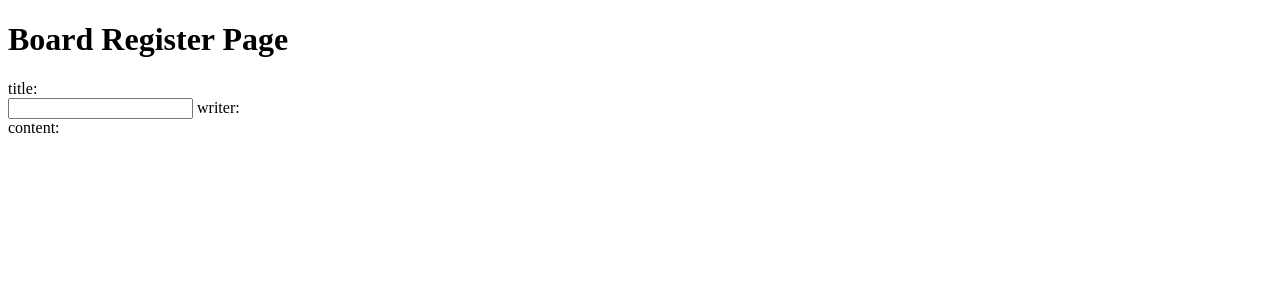
Repository: dtkd19/jsp-jstl_241022
Page: http://localhost/jsp_study/brd/register
These files come from the project's save history. The page is drawn as it stood at one moment and after the next save; the edit follows.
The browser window is 1280 px wide. The pictures show the whole page.
The page is served by Tomcat 9. Other server files are loaded and not shown.

Above is the page before, as saved 2024-10-22 06:04:40.

### jsp_study/src/main/webapp/board/register.jsp
<%@ page language="java" contentType="text/html; charset=UTF-8"
    pageEncoding="UTF-8"%>
<!DOCTYPE html>
<html>
<head>
<meta charset="UTF-8">
<title>Insert title here</title>
</head>
<body>
	<h1>Board Register Page</h1>
	title: <br>
	<input type="text" name="title">
	writer: <br>
	content:
</body>
</html>

### jsp_study/src/main/java/controller/BoardController.java
package controller;

import java.io.File;
import java.io.IOException;
import java.util.List;

import javax.servlet.RequestDispatcher;
import javax.servlet.ServletException;
import javax.servlet.annotation.WebServlet;
import javax.servlet.http.HttpServlet;
import javax.servlet.http.HttpServletRequest;
import javax.servlet.http.HttpServletResponse;

import org.apache.commons.fileupload.FileItem;
import org.apache.commons.fileupload.disk.DiskFileItemFactory;
import org.apache.commons.fileupload.servlet.ServletFileUpload;
import org.slf4j.Logger;
import org.slf4j.LoggerFactory;

import domain.BoardVO;
import handler.FileRemoveHandler;
import net.coobird.thumbnailator.Thumbnails;
import service.BoardService;
import service.BoardServiceImpl;

@WebServlet("/brd/*")
public class BoardController extends HttpServlet {
	private static final long serialVersionUID = 1L;
	// 로그 객체 생성
	private static final Logger log = LoggerFactory.getLogger(BoardController.class);
	// jsp에서 받은 요청을 처리, 그 결과를 다른 jsp로 보내는 역할을 하는 객체
	private RequestDispatcher rdp;
	private String destPage; // 응답할 jsp의 주소를 저장하는 변수
	private int isOk; // db 구문 체크값 저장 변수
	private BoardService bsv; // interface로 생성
	private String savePath; // 파일저장 경로

	public BoardController() {
		// 생성자
		bsv = new BoardServiceImpl(); // bsv 구현체 객체 연결
	}

	protected void service(HttpServletRequest request, HttpServletResponse response)
			throws ServletException, IOException {
		// 실제 get post 요청처리
		log.info("log 객체 test");

		// request, response 객체의 인코딩 설정
		request.setCharacterEncoding("UTF-8"); // 요청객체
		response.setCharacterEncoding("UTF-8"); // 응답객체
		// response는 jsp로 갈 응답 객체 => 화면을 생성해서 응답 => jsp 형식으로 ...
		// contentType="text/html; charset=UTF-8"
		response.setContentType("text/html; charset=UTF-8"); // html5 형식으로 보내라

		// 경로 가져오기 /brd/register
		String uri = request.getRequestURI();
		log.info(uri); // /brd/register

		String path = uri.substring(uri.lastIndexOf("/") + 1);
		log.info(path);

		switch (path) {
		case "register":
			// 정보가 필요하다면... 정보를 DB에서 요청 request를 객체에 싣고 보내기
			destPage = "/board/register.jsp";
			break;
		case "insert":
			try {
				log.info("insert case in~!!");
				// jsp 화면에서 보내온 파라미터 값을 저장 => Service 전송
//				String title = request.getParameter("title");
//				String writer = request.getParameter("writer");
//				String content = request.getParameter("content");
//				BoardVO bvo = new BoardVO(title, writer, content);
//				log.info(">>>> bvo inesert 객체 >>>> {}", bvo);

				// 첨부파일 있는 경우 처리
				// bvo를 구성하여 DB로 전송
				// file을 저장하는 작업 => 파일 이름만 DB imageFile에 저장
				// 첨부파일 형식으로 들어오게되면 모든 파라미터는 바이트단위로 분해돼서 전송
				// 바이트 단위로 전송된 파라미터의 값을 String으로 조합을 해야함.

				// 1. 파일을 업로드할 물리적인 경로 설정

				savePath = getServletContext().getRealPath("/_fileUpload");
				log.info(">>>> savePath > {}" , savePath);

				File fileDir = new File(savePath);
				DiskFileItemFactory fileItemFactory = new DiskFileItemFactory();
				// 파일 저장을 위한 임시 메모리설정
				fileItemFactory.setSizeThreshold(1024*1024*3);
				// 저장위치를 담은 File 객체
				fileItemFactory.setRepository(fileDir);

				BoardVO bvo = new BoardVO(); // 빈 객체 생성 후 set

				// multipart/form-data 형식으로 넘어온 request 객체를 다루기 쉽게 변환해주는 객체
				ServletFileUpload fileUpload = new ServletFileUpload(fileItemFactory);
				// request 객체를 FileItem 형식의 리스트로 리턴
				List<FileItem> itemList = fileUpload.parseRequest(request);
				// title, writer, content => text / imageFile => image
				for(FileItem item : itemList) {
					log.info(" >>>> FileItem >> {} " , item.toString());
					switch (item.getFieldName()) {
					case "title":
						bvo.setTitle(item.getString("utf-8"));
						break;
					case "writer":
						bvo.setWriter(item.getString("utf-8"));
						break;
					case "content":
						bvo.setContent(item.getString("utf-8"));
						break;
					case "imageFile":
						// 이미지 파일 여부를 체크
						if(item.getSize() > 0 ) {
							//파일 이름 추출
							// 경로+ ~~~/dog.jpg
							String fileName = item.getName();
							// 경로 빼고 이름만 가져오기.
							// String fileName2 = item.getName().substring(item.getName().lastIndexOf(File.separator)+1);
							// File.separator : 파일 경로 기호 => 운영체제마다 다를 수 있어서 자동 변환
							// 시스템의 시간을 이용하여 파일을 구분 / 시간 dog.jpg
							// UUID를 사용하는 구분도 있음. (=> 많이사용)
							fileName = System.currentTimeMillis()+"_"+fileName;

							// 경로 만들어놓은 파일 fileDir + / (File.separator) + fileName
							File uploadFilePath = new File(fileDir+File.separator+fileName);
							log.info(">>> uploadFilePath > {}" , uploadFilePath.toString());

							// 저장
							try {
								item.write(uploadFilePath); // 객체를 디스크에 쓰기
								bvo.setImageFile(fileName); // bvo에 저장할 값 (DB에 들어가는 값 )

								// 썸네일 작업 : 리스트 페이지에서 트래픽 과다 사용 방지
								// fileDir + / + _th_ + fileName
								Thumbnails.of(uploadFilePath).size(75, 75).toFile(new File(fileDir+File.separator+"_th_"+fileName));


							} catch (Exception e) {
								log.info(">>> file writer on disk error");
								e.printStackTrace();
							}

						}
						break;

					}
				}

				isOk = bsv.register(bvo);
				log.info(">>>> bvo insert >>>>" + (isOk > 0 ? "성공" : "실패"));

				// 처리 후 목적지
				destPage = "/index.jsp";

			} catch (Exception e) {
				log.info("insert error");
				e.printStackTrace();
			}
			break;
		case "list":
			try {
				// 전체 리스트를 가지고 list.jsp로 전달
				List<BoardVO> list = bsv.getList();
				log.info(">>>> list >>>> {}", list);
				// request 객체에 파라미터로 값을 보내는 방법
				request.setAttribute("list", list);
				destPage = "/board/list.jsp";

			} catch (Exception e) {
				log.info("list error!!");
				e.printStackTrace();
			}
			break;
		case "detail":
		case "modify":
			try {
				int bno = Integer.parseInt(request.getParameter("bno"));
				BoardVO bvo = bsv.getDetail(bno);
				log.info(">>>> detail bvo >> {}", bvo);

				if (path.equals("detail")) {
					int readCountOk = bsv.readCountPlus(bno);
					log.info(">>>> readCount +1  >>> " + (readCountOk > 0 ? "성공" : "실패"));
					bvo = bsv.getDetail(bno);
					log.info(">>> readCount >> {}", bvo.getReadCount());
				}

				request.setAttribute("bvo", bvo);

				destPage = "/board/"+path+".jsp";

			} catch (Exception e) {
				log.info("detail error");
				e.printStackTrace();
			}
			break;

		case "update":
			try {
//				int bno = Integer.parseInt(request.getParameter("bno"));
//				String title = request.getParameter("title");
//				String content = request.getParameter("content");
//				BoardVO bvo = new BoardVO(bno, title, content);

				// 첨부파일 처리 포함 방식
				savePath = getServletContext().getRealPath("_fileUpload");
				File fileDir = new File(savePath);

				DiskFileItemFactory fileItemFactory = new DiskFileItemFactory();
				fileItemFactory.setSizeThreshold(1024*1024*3); // 3MB 정도 설정
				fileItemFactory.setRepository(fileDir);

				BoardVO bvo = new BoardVO();

				ServletFileUpload fileUpload = new ServletFileUpload(fileItemFactory);
				List<FileItem> itemList = fileUpload.parseRequest(request);

				// 원래 이미지가 있었는데 변경하는 케이스
				// 없던 이미지를 추가하는케이스

				String old_file = null;

				for(FileItem item : itemList) {
					switch (item.getFieldName()) {
					case "bno":
						bvo.setBno(Integer.parseInt(item.getString("utf-8")));
						break;
					case "title":
						bvo.setTitle(item.getString("utf-8"));
						break;
					case "content":
						bvo.setContent(item.getString("utf-8"));
						break;
					case "imageFile":
						// 기존 파일 => 있을 수도 있고, 없을 수도 있고
						old_file = item.getString("utf-8"); // 파일명만..
						break;
					case "newFile":
						// 새로 추가된 파일 => 있을 수도 있고, 없을 수도 있고
						if(item.getSize() > 0) {
							if(old_file != null) {
								// 기존파일이 존재한다면 ...
								// 파일 삭제작업 : 별도 핸들러로 작업
								FileRemoveHandler fileHandler = new FileRemoveHandler();
								isOk = fileHandler.deleteFile(savePath, old_file);
							}
							// 새로운 파일 등록 작업
							String fileName = System.currentTimeMillis()+"_"+item.getName();

							File uploadFilePath = new File(fileDir+File.separator+fileName);

							try {
								item.write(uploadFilePath);
								bvo.setImageFile(fileName);

								Thumbnails.of(uploadFilePath).size(75, 75).toFile(new File(fileDir+File.separator+"_th_"+fileName));

							} catch (Exception e) {
								log.info("File writer update error!");
								e.printStackTrace();
							}

						} else {
							// 기존파일 있지만, 새로운 이미지 파일이 없다면...
							// 기존 객체를 담기
							bvo.setImageFile(old_file);
						}
						break;

					}
				}

				int isOk = bsv.update(bvo);
				log.info(">>>> update >>> " + (isOk > 0 ? "성공" : "실패"));
				// 컨트롤러 내부 케이스는 /brd/ 따로 적을 필요가 없음.
				destPage = "detail?bno=" + bvo.getBno();

			} catch (Exception e) {
				log.info("update error");
				e.printStackTrace();
			}
			break;

		case "delete":
			try {
				int bno = Integer.parseInt(request.getParameter("bno"));
				int isOk = bsv.delete(bno);
				log.info(">>>> delete >>> " + (isOk > 0 ? "성공" : "실패"));
				destPage = "list";
			} catch (Exception e) {
				log.info(">>>> delete error");
				e.printStackTrace();
			}
			break;
		}

		// 목적지 주소(destPage)로 데이터를 전달(RequestDispatcher)
		rdp = request.getRequestDispatcher(destPage);
		// 요청에 필요한 객체를 가지고 destPage에 적힌 경로로 이동
		rdp.forward(request, response);

	}

	protected void doGet(HttpServletRequest request, HttpServletResponse response)
			throws ServletException, IOException {
		// get으로 들어오는 요청을 처리하는 메서드 => service를 호출하여 처리
		service(request, response);
	}

	protected void doPost(HttpServletRequest request, HttpServletResponse response)
			throws ServletException, IOException {
		// post로 들어오는 요청을 처리하는 메서드
		service(request, response);
	}

}

### jsp_study/src/main/java/service/BoardServiceImpl.java
package service;

import java.util.List;

import org.slf4j.Logger;
import org.slf4j.LoggerFactory;

import dao.BoardDAO;
import dao.BoardDAOImpl;
import domain.BoardVO;

public class BoardServiceImpl implements BoardService {

	private static final Logger log = LoggerFactory.getLogger(BoardServiceImpl.class);
	// dao 연결
	private BoardDAO bdao;

	public BoardServiceImpl() {
		bdao = new BoardDAOImpl();
	}

	@Override
	public int register(BoardVO bvo) {
		log.info(">>>> register service in");
		return bdao.insert(bvo);
	}

	@Override
	public List<BoardVO> getList() {
		// TODO Auto-generated method stub
		return bdao.getList();
	}

	@Override
	public BoardVO getDetail(int bno) {
		// TODO Auto-generated method stub
		return bdao.getDetail(bno);
	}

	@Override
	public int update(BoardVO bvo) {
		// TODO Auto-generated method stub
		return bdao.update(bvo);
	}

	@Override
	public int delete(int bno) {
		// TODO Auto-generated method stub
		return bdao.delete(bno);
	}

	@Override
	public int readCountPlus(int bno) {
		// TODO Auto-generated method stub
		return bdao.readCountPlus(bno);
	}
}

### jsp_study/src/main/java/dao/BoardDAO.java
package dao;

import java.util.List;

import domain.BoardVO;

public interface BoardDAO {

	int insert(BoardVO bvo);

	List<BoardVO> getList();

	BoardVO getDetail(int bno);

	int update(BoardVO bvo);

	int delete(int bno);

	int readCountPlus(int bno);

}

### jsp_study/src/main/java/dao/BoardDAOImpl.java
package dao;

import java.util.List;

import org.apache.ibatis.session.SqlSession;
import org.slf4j.Logger;
import org.slf4j.LoggerFactory;

import domain.BoardVO;
import orm.DatabaseBuilder;

public class BoardDAOImpl implements BoardDAO {
	private static final Logger log = LoggerFactory.getLogger(BoardDAOImpl.class);

	// DB와 연결 => mybatis 사용하여 연결 (mybatisConfig, db연결클래스, mapper)

	// DB의 연결을 위한 객체
	private SqlSession sql;

	public BoardDAOImpl() {
		new DatabaseBuilder();
		sql = DatabaseBuilder.getFactory().openSession();
	}

	@Override
	public int insert(BoardVO bvo) {
		// mapper로 연결
		log.info(">>>> insert DAO in !!");
		// sql.insert(mapper의 namespace.id, 객체);
		// insert / update / delete 구문은 반드시 commit 필요
		int isOk = sql.insert("BoardMapper.add", bvo);
		if(isOk > 0) {
			sql.commit();
		}
		return isOk;
	}

	@Override
	public List<BoardVO> getList() {
		log.info(">>>> getList DAO in !!");

		return sql.selectList("BoardMapper.list");
	}

	@Override
	public BoardVO getDetail(int bno) {
		log.info(">>>> getDetail DAO in !!");
		return sql.selectOne("BoardMapper.detail", bno);
	}

	@Override
	public int update(BoardVO bvo) {
		log.info(">>>> update DAO in !!");
		int isOk = sql.update("BoardMapper.up",bvo);
		if(isOk > 0) {
			sql.commit();
		}
		return isOk;
	}

	@Override
	public int delete(int bno) {
		log.info(">>>> delete DAO in !!");
		int isOk = sql.update("BoardMapper.delete",bno);
		if(isOk > 0) {
			sql.commit();
		}
		return isOk;
	}

	@Override
	public int readCountPlus(int bno) {
		log.info(">>>> readCount DAO in !!");
		int readCountOk = sql.update("BoardMapper.readCount",bno);
		if(readCountOk > 0) {
			sql.commit();
		}
		return readCountOk;
	}
}

### jsp_study/src/main/java/orm/DatabaseBuilder.java
package orm;


import org.apache.ibatis.io.Resources;
import org.apache.ibatis.session.SqlSessionFactory;
import org.apache.ibatis.session.SqlSessionFactoryBuilder;

public class DatabaseBuilder {
	private static SqlSessionFactory factory;
	private static final String CONFIG ="orm/mybatisConfig.xml";

	//초기화 블럭을 사용하여 객체 생성 후 초기화
	static {
		try {
			factory = new SqlSessionFactoryBuilder().build(Resources.getResourceAsReader(CONFIG));

		} catch (Exception e) {
			e.printStackTrace();
		}
	}

	public static SqlSessionFactory getFactory() {
		return factory;
	}


}

### jsp_study/src/main/java/domain/BoardVO.java
package domain;

public class BoardVO {
	private int bno;
	private String title;
	private String writer;
	private String content;
	private String regdate;
	private String moddate;
	private int readCount;
	private String imageFile;

	public BoardVO() {}

	// insert : title, writer,content
	public BoardVO(String title, String writer, String content) {
		this.title = title;
		this.writer = writer;
		this.content = content;
	}

	// list : bno, title, writer, regdate
	public BoardVO(int bno, String title, String writer, String regdate, int readCount) {
		this.bno = bno;
		this.title = title;
		this.writer = writer;
		this.regdate = regdate;
		this.readCount = readCount;
	}

	// update : bno, title, content
	public BoardVO(int bno, String title, String content) {
		this.bno = bno;
		this.title = title;
		this.content = content;
	}

	// detail : 전부
	public BoardVO(int bno, String title, String writer, String content, String regdate, String moddate, int readCount, String imageFile) {
		this.bno = bno;
		this.title = title;
		this.writer = writer;
		this.content = content;
		this.regdate = regdate;
		this.moddate = moddate;
		this.readCount = readCount;
		this.imageFile = imageFile;
	}

	public int getBno() {
		return bno;
	}

	public void setBno(int bno) {
		this.bno = bno;
	}

	public String getTitle() {
		return title;
	}

	public void setTitle(String title) {
		this.title = title;
	}

	public String getWriter() {
		return writer;
	}

	public void setWriter(String writer) {
		this.writer = writer;
	}

	public String getContent() {
		return content;
	}

	public void setContent(String content) {
		this.content = content;
	}

	public String getRegdate() {
		return regdate;
	}

	public void setRegdate(String regdate) {
		this.regdate = regdate;
	}

	public String getModdate() {
		return moddate;
	}

	public void setModdate(String moddate) {
		this.moddate = moddate;
	}


	public int getReadCount() {
		return readCount;
	}

	public void setReadCount(int readCount) {
		this.readCount = readCount;
	}

	public String getImageFile() {
		return imageFile;
	}

	public void setImageFile(String imageFile) {
		this.imageFile = imageFile;
	}

	@Override
	public String toString() {
		return "BoardVO [bno=" + bno + ", title=" + title + ", writer=" + writer + ", content=" + content + ", regdate="
				+ regdate + ", moddate=" + moddate + ", readCount=" + readCount + ", imageFile=" + imageFile + "]";
	}





}

### jsp_study/src/main/java/domain/CommentVO.java
package domain;

public class CommentVO {
	private int cno;
	private int bno;
	private String content;
	private String writer;
	private String regdate;


	public CommentVO() {}


	// 등록
	public CommentVO(int bno, String content, String writer) {
		this.bno = bno;
		this.content = content;
		this.writer = writer;
	}


	// 리스트
	public CommentVO(int cno, int bno, String content, String writer, String regdate) {
		this.cno = cno;
		this.bno = bno;
		this.content = content;
		this.writer = writer;
		this.regdate = regdate;
	}


	// 수정
	public CommentVO(int cno, String content) {
		this.cno = cno;
		this.content = content;
	}


	// getter/setter toString


	public int getCno() {
		return cno;
	}


	public void setCno(int cno) {
		this.cno = cno;
	}


	public int getBno() {
		return bno;
	}


	public void setBno(int bno) {
		this.bno = bno;
	}


	public String getContent() {
		return content;
	}


	public void setContent(String content) {
		this.content = content;
	}


	public String getWriter() {
		return writer;
	}


	public void setWriter(String writer) {
		this.writer = writer;
	}


	public String getRegdate() {
		return regdate;
	}


	public void setRegdate(String regdate) {
		this.regdate = regdate;
	}


	@Override
	public String toString() {
		return "CommentVO [cno=" + cno + ", bno=" + bno + ", content=" + content + ", writer=" + writer + ", regdate="
				+ regdate + "]";
	}






}

### jsp_study/src/main/java/domain/MemberVO.java
package domain;

public class MemberVO {
	private String id;
	private String pwd;
	private String email;
	private String phone;
	private String regdate;
	private String lastlogin;
	private String imageFile;


	public MemberVO() {}

	// 관리자입장 / 사용자입장
	// 회원등급 : admin(사이트관리자), manager(각 파트의 최고 관리자), user(사용자)
	// 회원가입 / 수정
	public MemberVO(String id, String pwd, String email, String phone, String imageFile) {
		this.id = id;
		this.pwd = pwd;
		this.email = email;
		this.phone = phone;
		this.imageFile = imageFile;
	}

	// 로그인
	public MemberVO(String id, String pwd) {
		this.id = id;
		this.pwd = pwd;
	}

	// 회원리스트 : 관리자만 접근가능 전체

	public MemberVO(String id, String pwd, String email, String phone, String regdate, String lastlogin, String imageFile) {
		this.id = id;
		this.pwd = pwd;
		this.email = email;
		this.phone = phone;
		this.regdate = regdate;
		this.lastlogin = lastlogin;
		this.imageFile = imageFile;

	}

	public String getId() {
		return id;
	}


	public void setId(String id) {
		this.id = id;
	}


	public String getPwd() {
		return pwd;
	}


	public void setPwd(String pwd) {
		this.pwd = pwd;
	}


	public String getEmail() {
		return email;
	}


	public void setEmail(String email) {
		this.email = email;
	}


	public String getPhone() {
		return phone;
	}


	public void setPhone(String phone) {
		this.phone = phone;
	}


	public String getRegdate() {
		return regdate;
	}


	public void setRegdate(String regdate) {
		this.regdate = regdate;
	}


	public String getLastlogin() {
		return lastlogin;
	}


	public void setLastlogin(String lastlogin) {
		this.lastlogin = lastlogin;
	}


	public String getImageFile() {
		return imageFile;
	}

	public void setImageFile(String imageFile) {
		this.imageFile = imageFile;
	}

	@Override
	public String toString() {
		return "MemberVO [id=" + id + ", pwd=" + pwd + ", email=" + email + ", phone=" + phone + ", regdate=" + regdate
				+ ", lastlogin=" + lastlogin + ", imageFile=" + imageFile + "]";
	}








}

After the next save:
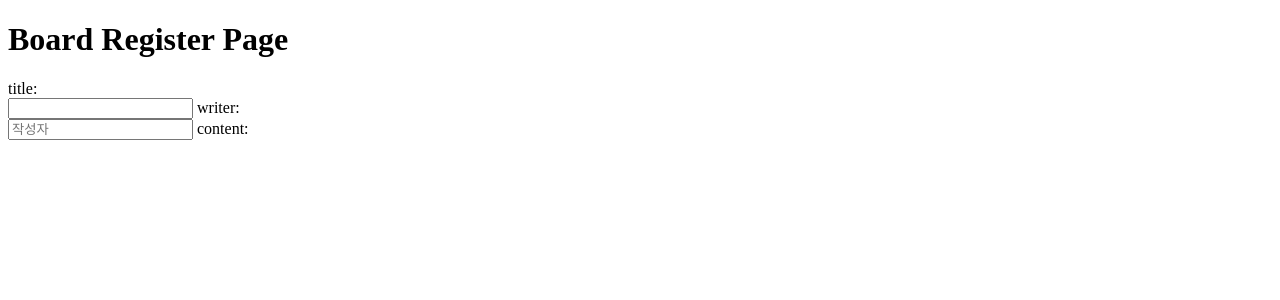
Saved 23 s later.
--- a/jsp_study/src/main/webapp/board/register.jsp
+++ b/jsp_study/src/main/webapp/board/register.jsp
@@ -11,6 +11,7 @@
 	title: <br>
 	<input type="text" name="title">
 	writer: <br>
+	<input type="text" name="writer" placeholder="작성자">
 	content:
 </body>
 </html>
